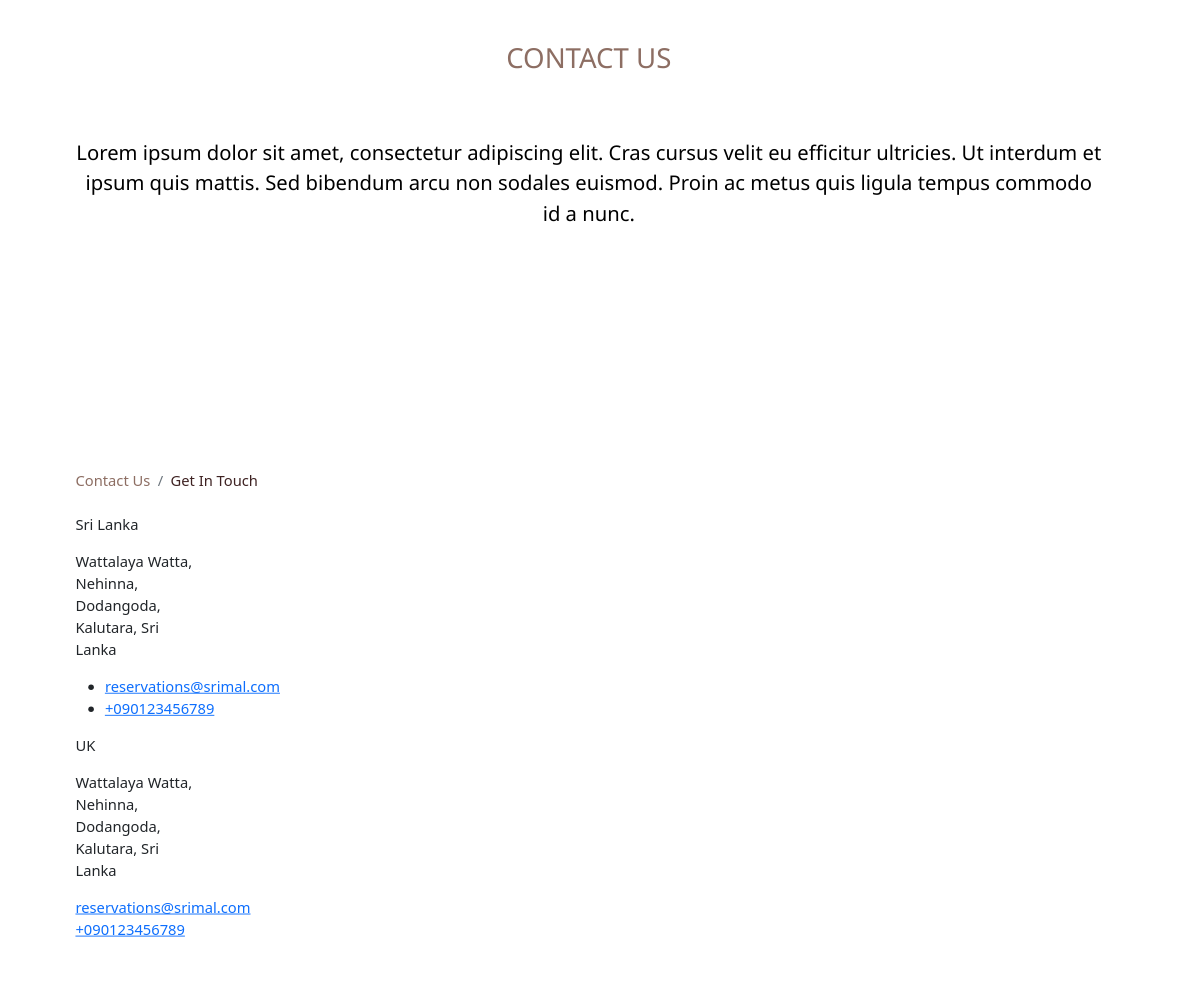
Repository: kaushalyaweerakoon/Plantation-Villa
Page: contact-us.html
An editor plug-in stored every save of this project. The page is shown before and after the next save, followed by the edit.
The browser window is 1280 px wide. The pictures show the whole page, at 92% of full size.
Some web fonts or font styles are not loaded; a fallback is used.

Above is the page before, as saved 2022-08-15 10:46:09.
Not found: assets/js/main.js

After the next save:
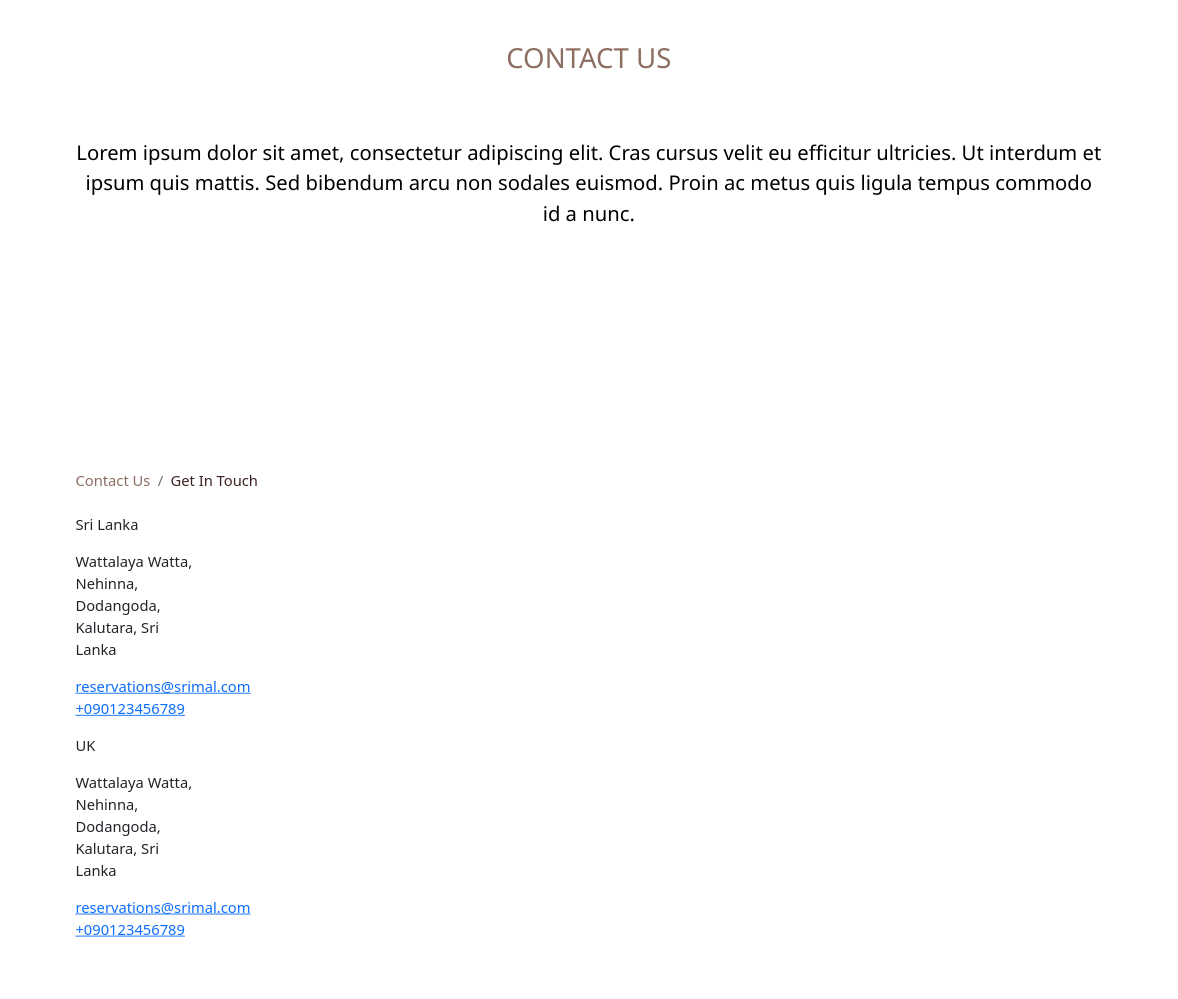
Saved 7 s later.
--- a/contact-us.html
+++ b/contact-us.html
@@ -71,7 +71,7 @@
                         <p class="">Wattalaya Watta,
                             Nehinna, Dodangoda,
                             Kalutara, Sri Lanka</p>
-                        <ul class="">
+                        <ul class="list-unstyled">
                             <li><a class="" href="reservations@srimal.com">reservations@srimal.com</a>
                             </li>
                             <li><a class="" href="tel:++090123456789">+090123456789</a></li>
